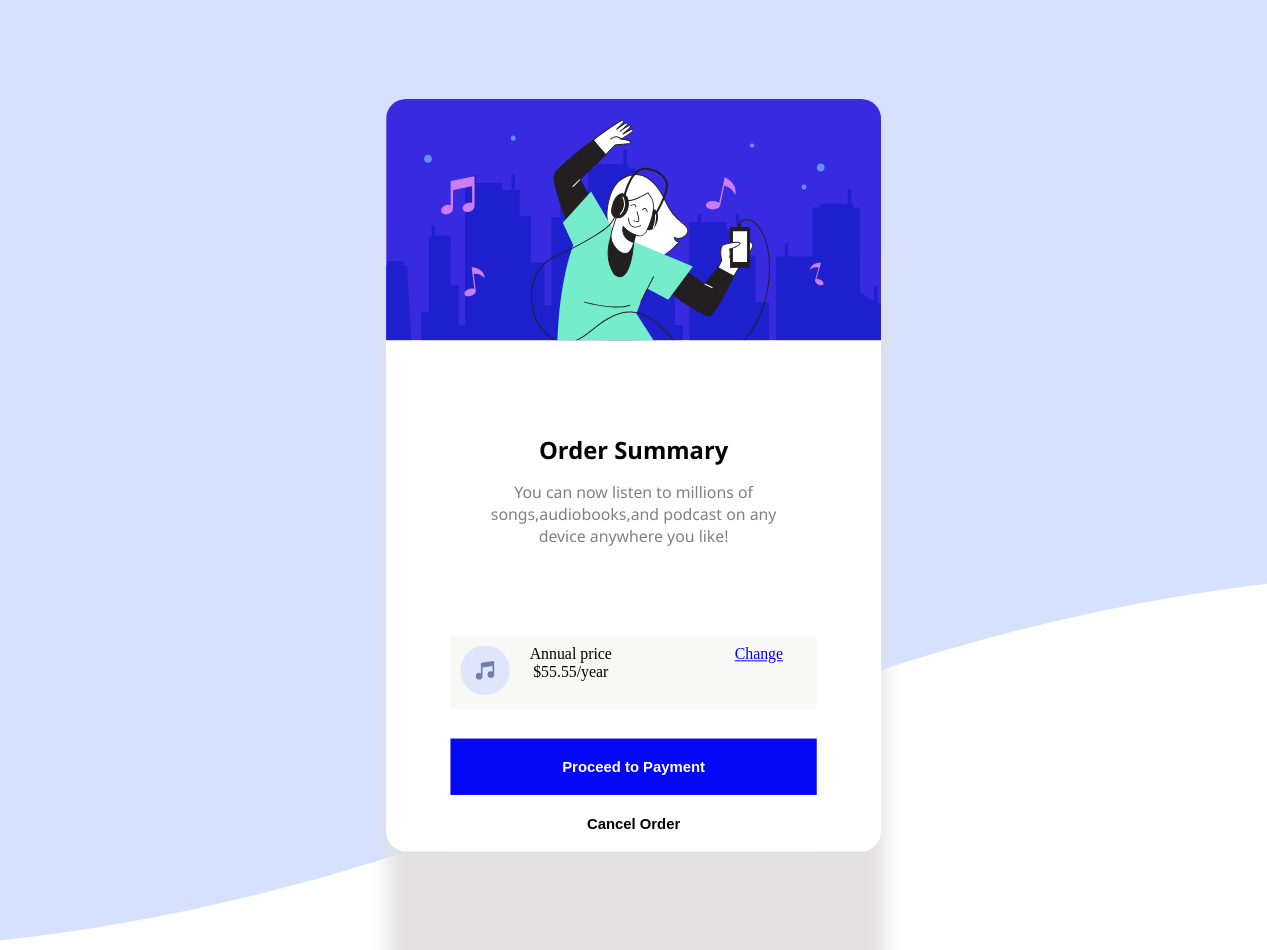
Repository: Eugene44-hub/newbie-project
Page: index.html
An editor plug-in stored every save of this project. The page is shown before and after the next save, followed by the edit.
The browser window is 1280 px wide. The pictures show the whole page, at 99% of full size.

Above is the page before, as saved 2021-08-29 09:31:36.

### index.html
<!DOCTYPE html>
<html lang="en">

<head>
    <link rel="stylesheet" href="style.css">
    <meta charset="UTF-8">
    <meta http-equiv="X-UA-Compatible" content="IE=edge">
    <meta name="viewport" content="width=device-width, initial-scale=1.0">
    <title>Document</title>
</head>

<body>
    <div class="container">

        <div class="card-container">
            <div class="card">
                <div class="content">
                    <div class="image"> <img src="illustration-hero.svg"></div>

                    <div class="text">
                        <h2>Order Summary</h2>
                        <p>You can now listen to millions of songs,audiobooks,and podcast on any device anywhere you like!</p>
                    </div>
                    <div class="musicCard">
                        <div class=musicIcon> <img src="icon-music.svg" id="icon" alt=""></div>
                        <div class="sub">Annual price <br>$55.55/year
                        </div>
                        <div class="link">
                            <a href="#">Change</a>
                        </div>

                    </div>
                    <button id="proceed">
                        Proceed to Payment
                    </button >
                    <button id="cancel">
                        Cancel Order
                    </button>
                </div>

            </div>
        </div>

    </div>
</body>

</html>

### style.css
* {
    padding: 0;
    margin: 0;
}

.container {
    background-image: url('pattern-background-desktop.svg');
    background-repeat: no-repeat;
    background-position: center;
    background-size: cover;
    padding: 100px;
}

.card-container {
    display: flex;
    justify-content: center;
    width: 100%;
}

img {
    width: 100%;
    border-top-left-radius: 20px;
    border-top-right-radius: 20px;
}

.image {}

.content {
    text-align: center;
    background-color: white;
    border-radius: 20px;
    max-width: 500px;
    box-shadow: 3px 140px 20px rgb(226, 224, 224);
}

.content::after {}

h2,
p {
    font-family: 'Segoe UI', Tahoma, Geneva, Verdana, sans-serif;
}

.text {
    padding: 90px;
}

h2 {
    margin-bottom: 15px;
}

p {
    color: grey;
}

.musicCard {
    display: flex;
    justify-content: center;
    align-content: center;
    width: 70%;
    margin: auto;
    background-color: rgb(248, 248, 247);
    padding: 10px;
    flex-wrap: wrap;
}

.link {
    flex: 10%;
    margin-left: 100px;
}

.musicIcon {
    flex: 80%;
    max-width: 50px;
    margin-right: 20px;
}

.price {
    flex: 10%;
    text-align: right;
}

button {
    width: 74%;
    padding: 20px;
    border: none;
    margin-top: 30px;
    font-size: 15px;
    font-weight: bold;
}

#cancel {
    background-color: white;
    margin-top: 0;
}

#proceed {
    background-color: rgb(3, 7, 243);
    color: white;
}

After the next save:
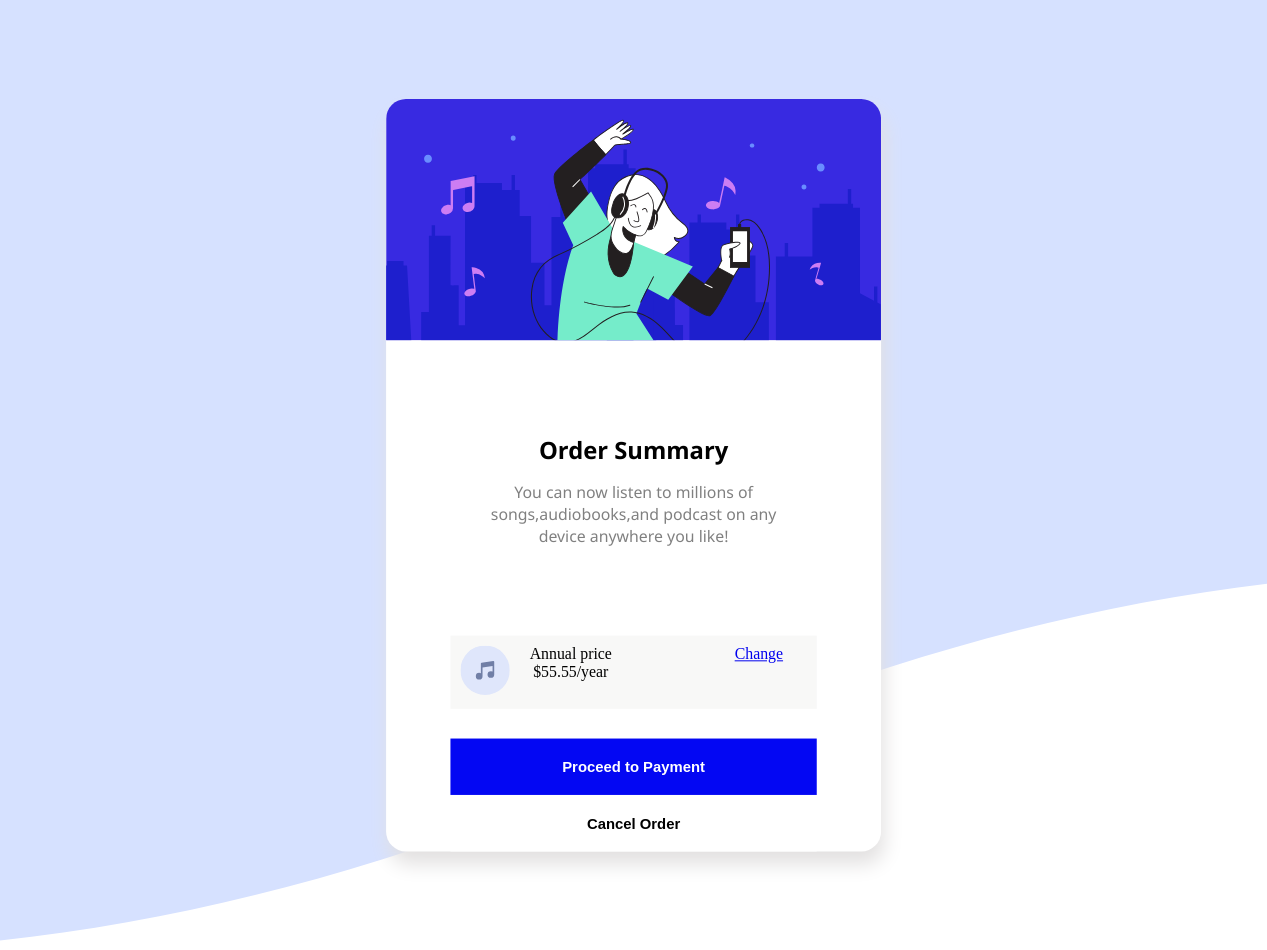
Saved 7 s later.
--- a/style.css
+++ b/style.css
@@ -30,7 +30,7 @@ img {
     background-color: white;
     border-radius: 20px;
     max-width: 500px;
-    box-shadow: 3px 140px 20px rgb(226, 224, 224);
+    box-shadow: 3px 13px 20px rgb(226, 224, 224);
 }
 
 .content::after {}
